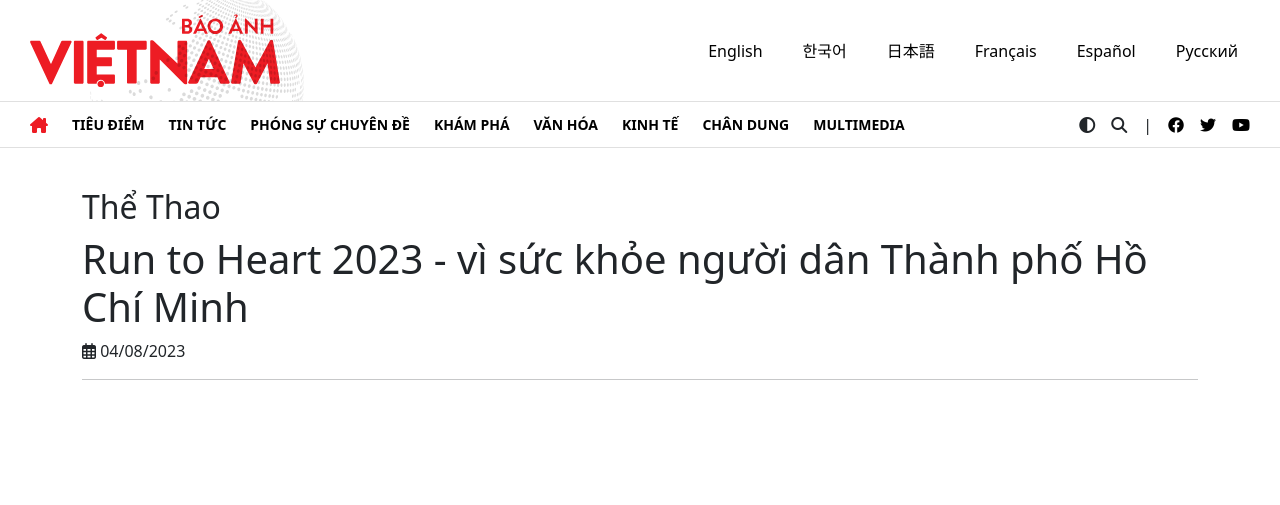
Repository: kietdotshp/webtintuc
Page: Detail.html
An editor plug-in stored every save of this project. The page is shown before and after a run of saves, followed by the edit.
The browser window is 1280 px wide. The pictures show the whole page.
Some web libraries are served in a nearby version.

Above is the page before, as saved 2023-08-10 16:06:13.

After the next 3 saves:
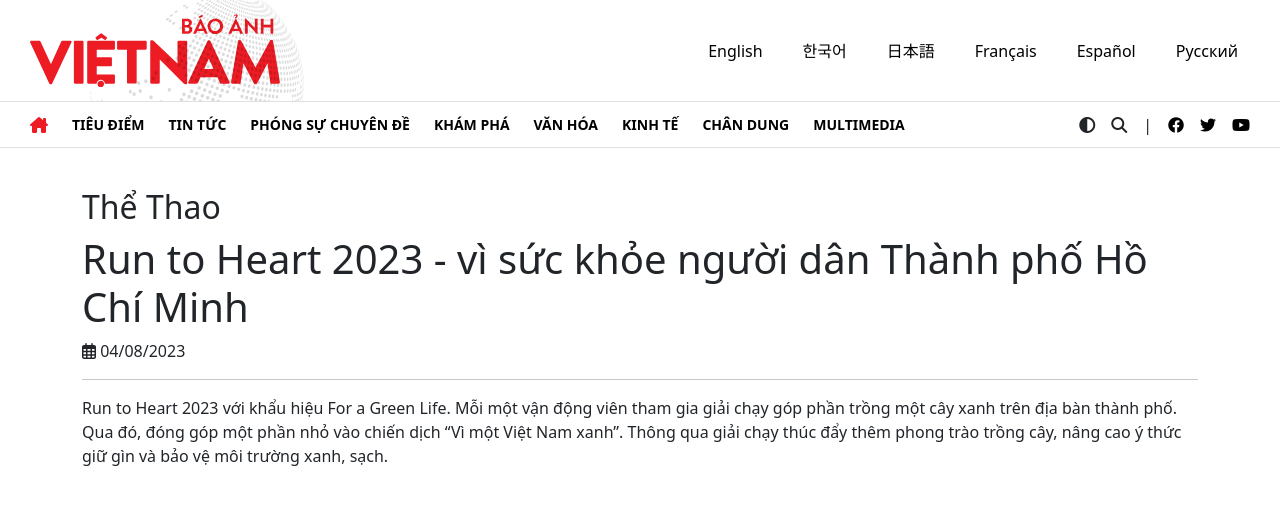
The 3 saves are shown as one change because they came seconds apart.
The last was saved 15 s later.
--- a/Detail.html
+++ b/Detail.html
@@ -106,7 +106,7 @@
             <hr />
         </div>
         <div>
-
+            <p>Run to Heart 2023 với khẩu hiệu For a Green Life.  Mỗi một vận động viên tham gia giải chạy góp phần trồng một cây xanh trên địa bàn thành phố. Qua đó, đóng góp một phần nhỏ vào chiến dịch  “Vì một Việt Nam xanh”. Thông qua giải chạy thúc đẩy thêm phong trào trồng cây, nâng cao ý thức giữ gìn và bảo vệ môi trường xanh, sạch.</p>
         </div>
     </div>
 </body>
